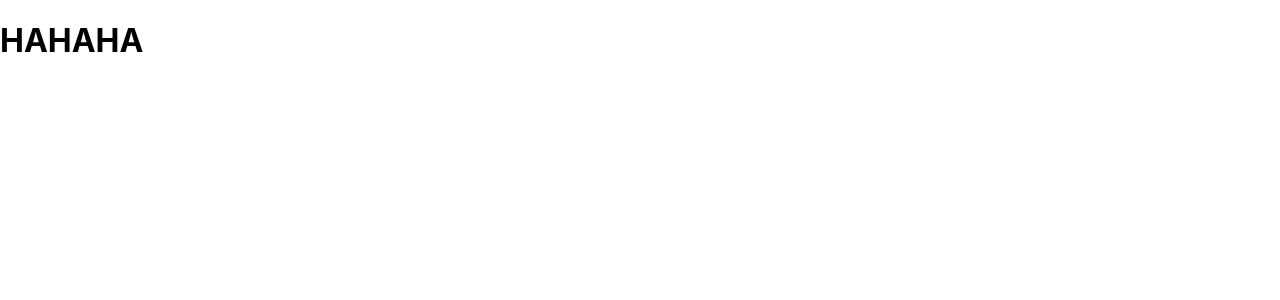
Repository: VidHongqiWu/react-projects
Page: / (app in color-flipper/)
An editor plug-in stored every save of this project. The page is shown before and after the next save, followed by the edit.
The browser window is 1280 px wide. The pictures show the whole page.
The project was rebuilt for these pictures with package versions that can differ from the ones it lists, and the page was loaded fresh each time.

Above is the page before, as saved 2023-11-18 17:29:15.

After the next save:
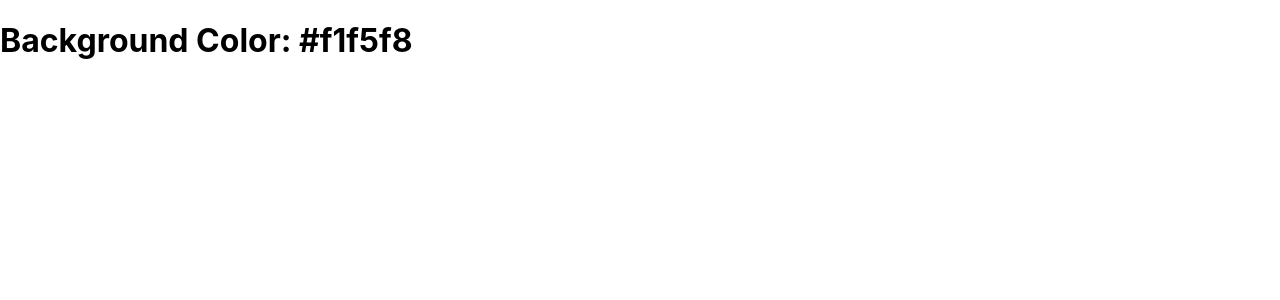
Saved 85 min 26 s later.
--- a/color-flipper/src/App.js
+++ b/color-flipper/src/App.js
@@ -2,10 +2,19 @@ import logo from './logo.svg';
 import React, {useState} from 'react';
 
 function App() {
+  const colors = ['green', 'red', 'rgba(133,122,200)', '#f15025'];
+  const [color, setColor] = useState('#f1f5f8');
+
   return (
-    <div>
-      <h1>HAHAHA</h1>
-    </div>
+    <main>
+      <div>
+        <h1>Background Color: {' '}
+          <span className="color" data-testid="color">
+            {color}
+          </span>
+        </h1>
+      </div>
+    </main>
   );
 }
 
